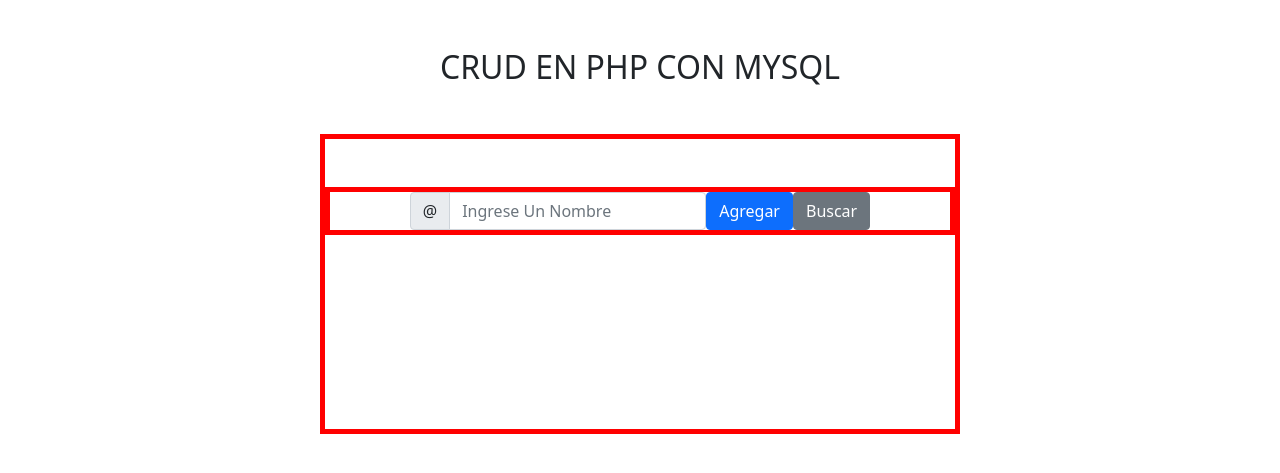
Repository: nder1996/CRUD_SENCILLO
Page: http://localhost/
An editor plug-in stored every save of this project. The page is shown before and after the next save, followed by the edit.
The browser window is 1280 px wide. The pictures show the whole page.
The page is run by PHP 8.4 with error messages shown; the project is at /var/www/html/.

Above is the page before, as saved 2021-10-04 20:04:19.

After the next save:
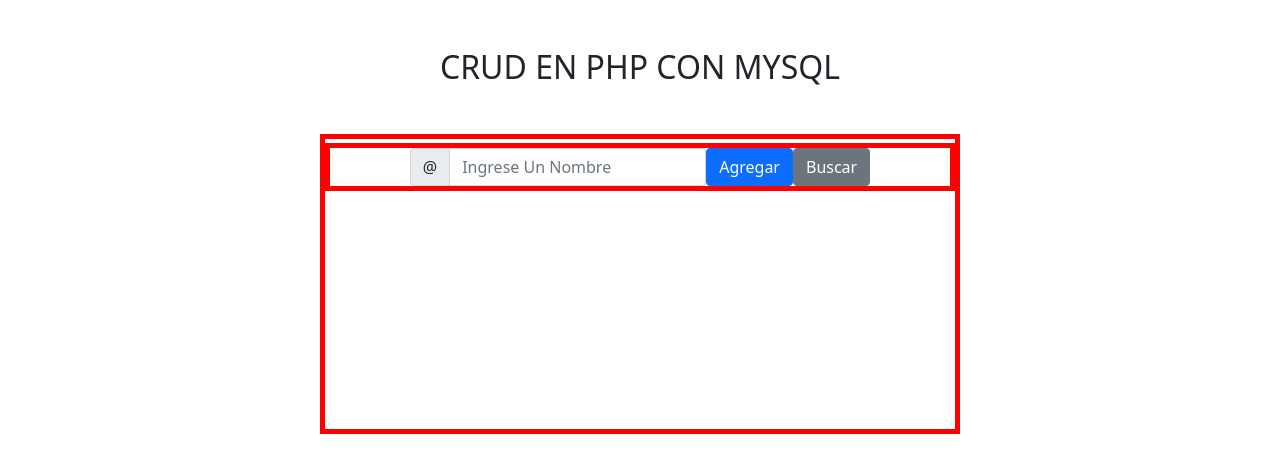
Saved 6 s later.
--- a/CRUD - SILENCIADO/index.php
+++ b/CRUD - SILENCIADO/index.php
@@ -12,7 +12,7 @@
 <body>
     <h2 class="text-center mt-5">CRUD EN PHP CON MYSQL</h2>
     <div class="contenedor mt-5">
-            <div class="input_button mt-5 d-flex justify-content-center">
+            <div class="input_button mt-1 d-flex justify-content-center">
                 <section class="ml-5">
                     <label class="visually-hidden" for="inlineFormInputGroupUsername">Username</label>
                     <div class="input-group">
